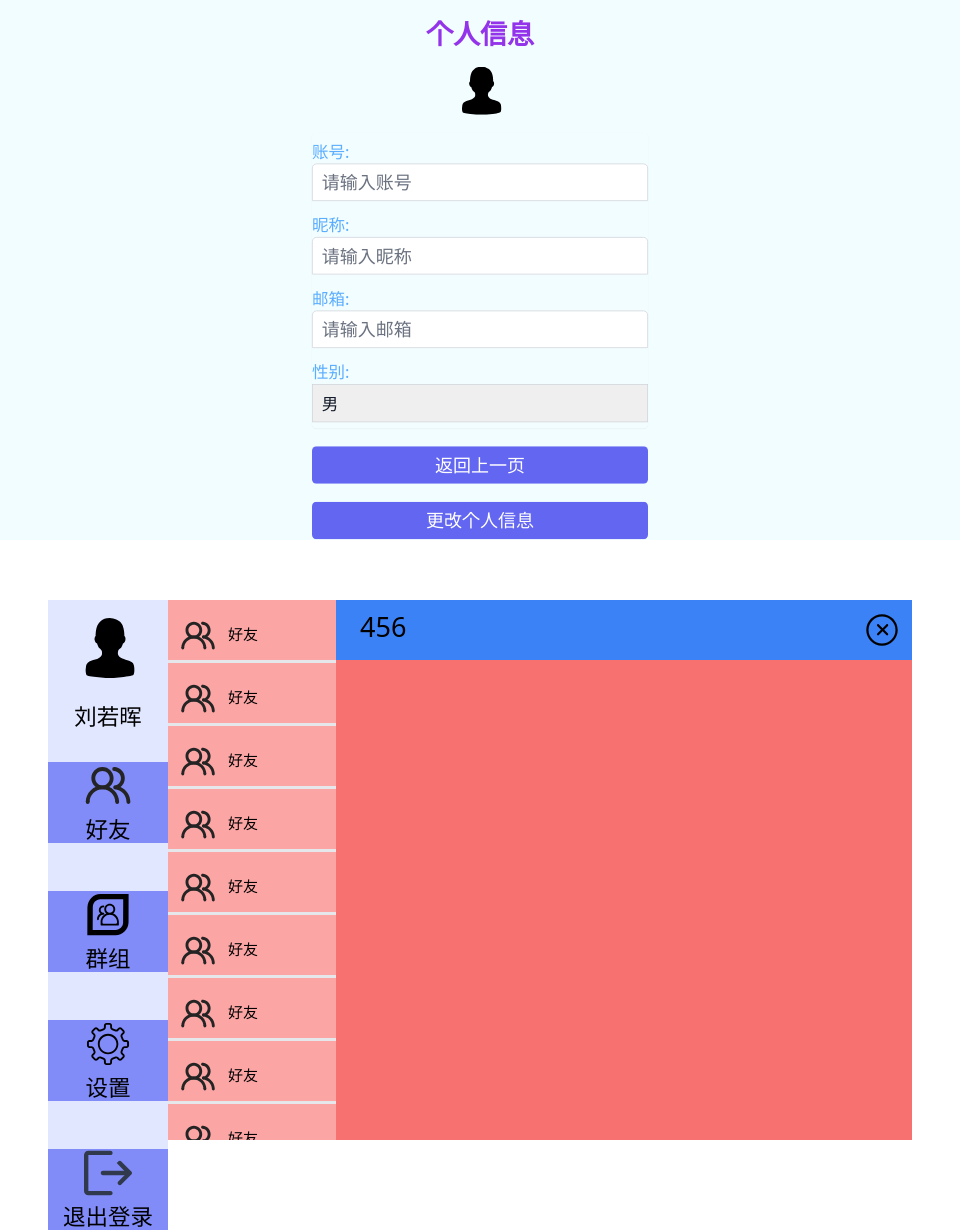
Repository: LiuRuohui/test_the_tailwindcss
Page: /
These files come from the project's save history. The page is drawn as it stood at one moment and after the next save; the edit follows.
The browser window is 1280 px wide. The pictures show the whole page, at 75% of full size.
The project was rebuilt for these pictures with package versions that can differ from the ones it lists, and the page was loaded fresh each time. Also part of the build but not shown: vite.config.js, src/components/WelcomingPage.vue, src/components/HelloWorld.vue.

Above is the page before, as saved 2022-03-14 21:24:27.

After the next save:
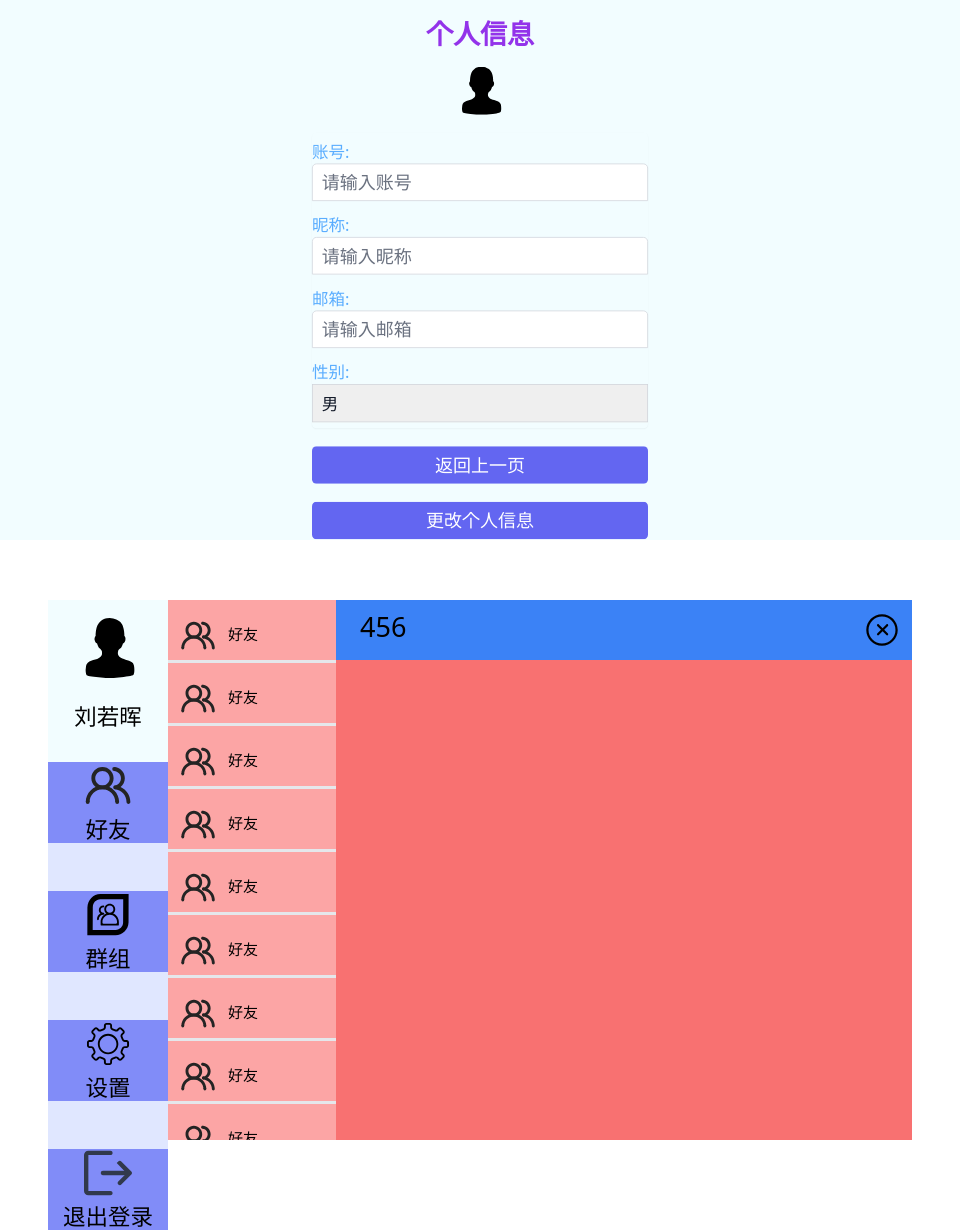
Saved 27 s later.
--- a/src/components/MainPage.vue
+++ b/src/components/MainPage.vue
@@ -1,5 +1,5 @@
 <template>
-<div class="flex sm:mx-16 sm:my-20 sm:text-xl bg-indigo-100">
+<div class="flex sm:mx-16 sm:my-20 sm:text-xl page">
     <div class="sm:basis-40">
         <div class="grid grid-rows-3 sm:gap-6 gap-3 mt-2">
             <div class="row-span-2">
@@ -81,5 +81,8 @@ function Logout(){
 </script>
 
 <style>
-
+.page{
+    height: 100vh;
+    background-color:hsla(190, 100%, 95%, 0.5)
+}
 </style>
